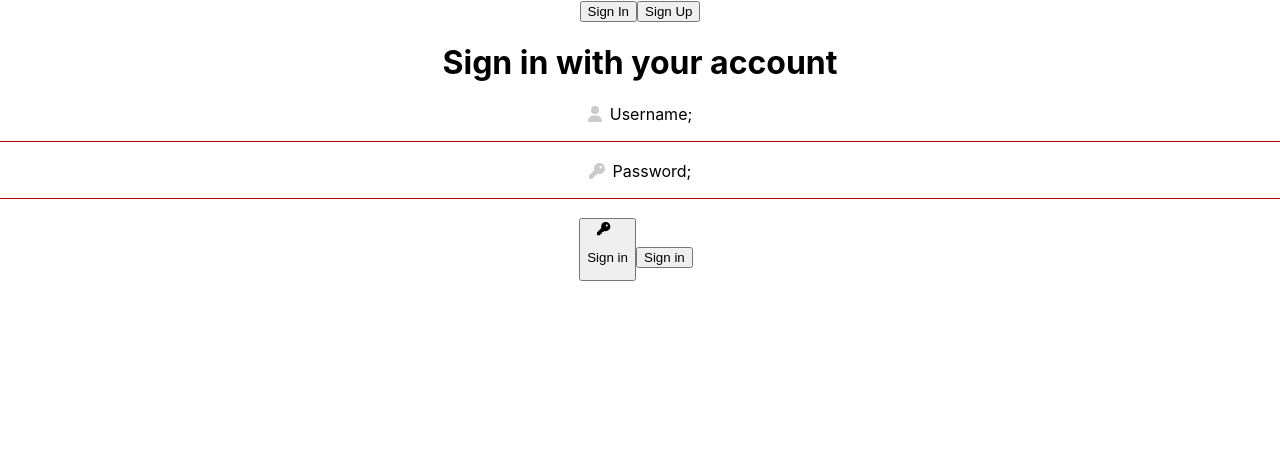
Repository: sebounti/holbertonschool-cinema-guru
Page: / (app in cinema-guru/)
The author's editor kept a copy of each file at every save. The page is drawn from the files as they stood at one save, then again after the next save.
The browser window is 1280 px wide. The pictures show the whole page.
The page's requests for data from a server got no answer. The project was rebuilt for these pictures with package versions that can differ from the ones it lists, and the page was loaded fresh each time. No one was signed in, and anything a server would have sent is missing. Also part of the build but not shown: cinema-guru/src/routes/dashboard/dashboard.css, cinema-guru/src/components/navigation/navigation.css, cinema-guru/src/components/components.css, cinema-guru/src/components/Activity.js, cinema-guru/src/components/navigation/SideBar.js, cinema-guru/src/components/navigation/Header.js, cinema-guru/src/components/movies/movies.css, cinema-guru/src/components/movies/Tag.js and 9 more.

Above is the page before, as saved 2024-11-02 22:49:54.

### cinema-guru/src/App.js
import React, { useState, useEffect } from "react";
import axios from "axios";
import Authentication from "./routes/auth/Authentication";
import Dashboard from "./routes/dashboard/Dashboard";
import "./App.css";

function App() {
  const [IsLoggedIn, setIsLoggedIn] = useState(false);
  const [userUsername, setUserUsername] = useState("");
  useEffect(() => {
    const accessToken = localStorage.getItem("accessToken");
    axios
      .post(
        "http://localhost:8000/api/auth",
        {},
        {
          headers: {
            authorization: `Bearer ${accessToken}`,
          },
        },
      )
      .then((response) => {
        setUserUsername(response.data.username);
        setIsLoggedIn(true);
      });
  }, []);
  return (
    <div className="App">
      {IsLoggedIn ? (
        <Dashboard userUsername={userUsername} setIsLoggedIn={setIsLoggedIn} />
      ) : (
        <Authentication
          IsLoggedIn={IsLoggedIn}
          setIsLoggedIn={setIsLoggedIn}
          setUserUsername={setUserUsername}
        />
      )}
    </div>
  );
}

export default App;

### cinema-guru/src/routes/auth/Authentication.js
import React, { useState } from 'react';
import './auth.css';
import axios from 'axios';
import Login from './login';
import Register from './Register';
import Button from '../../components/general/Button';

export default function Authentication({ setIsLoggedIn, setUserUsername }) {
  const [_switch, setSwitch] = useState(true); // True pour Login, false pour Register
  const [username, setUsername] = useState('');
  const [password, setPassword] = useState('');

  // Fonction handleSubmit pour gérer l'envoi du formulaire
  const handleSubmit = async (e) => {
    e.preventDefault(); // Empêche le rechargement de la page

    try {
      const endpoint = _switch ? '/api/auth/login' : '/api/auth/register';
      const response = await axios.post(endpoint, {
        username,
        password,
      });

      // Si la requête est un succès
      if (response.status === 200) {
        const token = response.data.token;
        localStorage.setItem('accessToken', token); // Stocke le token JWT
        setUserUsername(username); // Met à jour le nom d'utilisateur dans l'état
        setIsLoggedIn(true); // Passe l'état de connexion à vrai
      }
    } catch (error) {
      console.error('Erreur lors de la requête:', error);
      alert('Erreur lors de la connexion ou de l\'inscription');
    }
  };

  return (
    <div className="authentication-container">
      <div className="auth-toggle">
        <Button
          label="Sign In"
          onClick={() => setSwitch(true)}
          className={`toggle-button ${_switch ? 'active' : ''}`}
        />
        <Button
          label="Sign Up"
          onClick={() => setSwitch(false)}
          className={`toggle-button ${!_switch ? 'active' : ''}`}
        />
      </div>

      <form onSubmit={handleSubmit} className="auth-form">
        {_switch ? (
          <Login
            username={username}
            password={password}
            setUsername={setUsername}
            setPassword={setPassword}
          />
        ) : (
          <Register
            username={username}
            password={password}
            setUsername={setUsername}
            setPassword={setPassword}
          />
        )}
        <Button label="Sign in"
                onClick={handleSubmit}
                // eslint-disable-next-line no-undef
                className={Button}
                icon={<i className="fa fa-sign-in"></i>} // Exemple avec une icône FontAwesome
                type="submit" />
      </form>
    </div>
  );
}

### cinema-guru/src/routes/auth/login.js
import "./auth.css";
import { faKey, faUser } from "@fortawesome/free-solid-svg-icons";
import Input from "../../components/general/Input";
import SubmitInput from "../../components/general/SubmitButton";
import { Fragment } from "react";

const Login = ({ username, setUsername, password, setPassword }) => {
  return (
    <Fragment>
      <h1 className="authentication-header">Sign in with your account</h1>
      <Input
        type="text"
        icon={faUser}
        label="Username"
        value={username}
        setValue={setUsername}
      />
      <Input
        type="password"
        icon={faKey}
        label="Password"
        value={password}
        setValue={setPassword}
      />
      <SubmitInput label="Sign in" icon={faKey} />
    </Fragment>
  );
};

export default Login;

### cinema-guru/src/components/general/Button.js
import "./general.css";
import { FontAwesomeIcon } from "@fortawesome/react-fontawesome";

export default function Button({ label, className, onClick, icon }) {
  return (
    <button className={"button " + className} onClick={onClick}>
      {icon && <FontAwesomeIcon icon={icon} className="button-icon" />}
      {label}
    </button>
  );
}

### cinema-guru/src/components/general/Input.js
import "./general.css";
import { FontAwesomeIcon } from "@fortawesome/react-fontawesome";
import React from "react";

export default function Input({
  label,
  type,
  className,
  value,
  setValue,
  icon,
  inputAttributes,
}) {
  const handleInput = (event) => {
    setValue(event.target.value);
  };
  return (
    <span className={"text-input " + className}>
      <label>
        {icon && <FontAwesomeIcon icon={icon} className="icon" />}
        {label};
      </label>
      <input
        type={type}
        value={value}
        onChange={handleInput}
        {...inputAttributes}
      />
    </span>
  );
}

### cinema-guru/src/components/general/SubmitButton.js
import { FontAwesomeIcon } from "@fortawesome/react-fontawesome";

const SubmitButton = ({ label, icon = "", className = "", onClick }) => {
  return (
    <button className={"submit-button " + className} onClick={onClick}>
      {icon && <FontAwesomeIcon icon={icon} className="icon" />}
      <p>{label}</p>
    </button>
  );
};

export default SubmitButton;

### cinema-guru/src/components/general/general.css
.icon {
  margin-right: 0.5rem;
}

.text-input {
  display: flex;
  flex-direction: column;
  width: 100%;
  margin: 1.2rem 0;
}

.text-input label .icon {
  margin-right: 0.5rem;
  color: var(--primary);
  opacity: 0.2;
}

.text-input input {
  outline: none;
  border: none;
  border-bottom: 1px solid #BB000E;
  transition: 0.6s;
}

.text-input input:hover,
.text-input input:focus {
  border-bottom-color: #BB000E;
}

### cinema-guru/src/routes/auth/auth.css
.authentication {
	padding: 0;
	margin: 0;
	background-color: #222222;
	min-width: 450px;
	height: 100%;
}

.authentication header ul {
	display: flex;
	justify-content: space-evenly;
}

.authentication header ul li {
	background-color: #BB000E;
	font-weight: bold;
	display: flex;
	justify-content: center;
	align-items: center;
	width: 100%;
	height: 3rem;
	cursor: pointer;
	transition: 0.6s;
	font-family: "Roboto", sans-serif;
}

.authentication header ul li.active {
	font-weight: bolder;
	background-color: #E31C25;
}

.authentication main {
	color: #1C1C1C;
	display: flex;
	flex-direction: column;
	padding: 1.3rem 3rem;
	box-sizing: border-box;
	justify-content: space-evenly;
	height: 90%;
}

.authentication .authentication-header {
	text-align: center;
	font-weight: bolder;
	font-size: 1.2rem;
	margin: 1.5rem 0;
}

.authentication .submit-button {
	margin-top: 1rem;
	margin-left: auto;
}

### cinema-guru/src/routes/auth/Register.js
import "./auth.css";
import Input from "../../components/general/Input";
import SubmitInput from "../../components/general/SubmitButton";
import { faUser, faKey } from "@fortawesome/free-solid-svg-icons";
import { Fragment } from "react";

const Register = ({ username, setUsername, password, setPassword }) => {
  return (
    <Fragment>
      <h1 className="authentication-header">Create a new account</h1>
      <Input
        type="text"
        icon={faUser}
        label="Username"
        value={username}
        setValue={setUsername}
      />
      <Input
        type="password"
        icon={faKey}
        label="Password"
        value={password}
        setValue={setPassword}
      />
      <SubmitInput label="Sign in" icon={faKey} />
    </Fragment>
  );
};

export default Register;

Loaded but not shown: cinema-guru/public/index.html (common file); cinema-guru/src/index.js (common file); cinema-guru/src/index.css (common file); cinema-guru/src/App.css (common file)

After the next save:
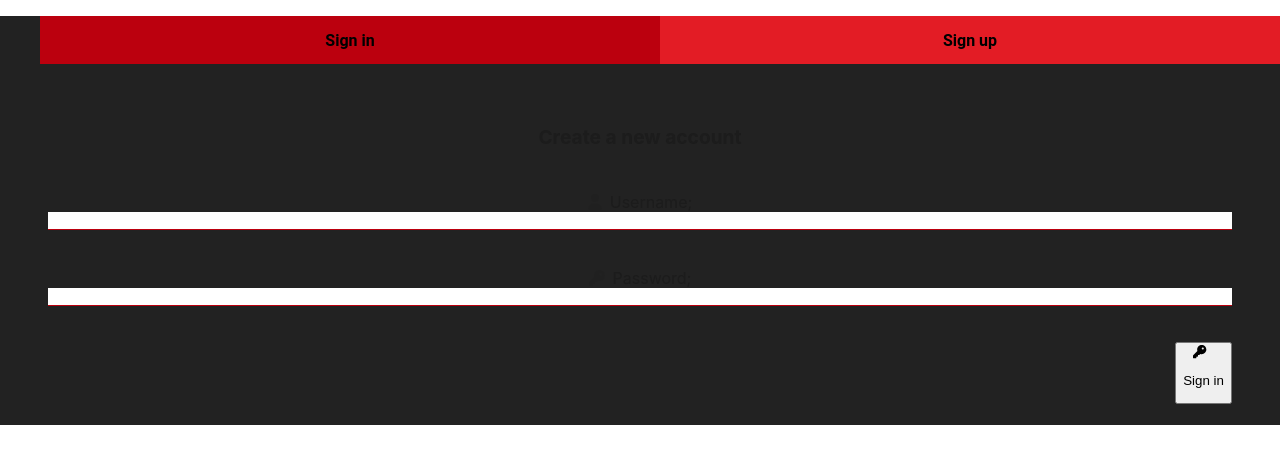
Saved 14 s later.
--- a/cinema-guru/src/routes/auth/Authentication.js
+++ b/cinema-guru/src/routes/auth/Authentication.js
@@ -1,77 +1,85 @@
-import React, { useState } from 'react';
-import './auth.css';
-import axios from 'axios';
-import Login from './login';
-import Register from './Register';
-import Button from '../../components/general/Button';
+import "./auth.css";
+import { useState } from "react";
+import Login from "./Login";
+import Register from "./Register";
+import axios from "axios";
 
-export default function Authentication({ setIsLoggedIn, setUserUsername }) {
-  const [_switch, setSwitch] = useState(true); // True pour Login, false pour Register
-  const [username, setUsername] = useState('');
-  const [password, setPassword] = useState('');
-
-  // Fonction handleSubmit pour gérer l'envoi du formulaire
-  const handleSubmit = async (e) => {
-    e.preventDefault(); // Empêche le rechargement de la page
-
-    try {
-      const endpoint = _switch ? '/api/auth/login' : '/api/auth/register';
-      const response = await axios.post(endpoint, {
-        username,
-        password,
-      });
-
-      // Si la requête est un succès
-      if (response.status === 200) {
-        const token = response.data.token;
-        localStorage.setItem('accessToken', token); // Stocke le token JWT
-        setUserUsername(username); // Met à jour le nom d'utilisateur dans l'état
-        setIsLoggedIn(true); // Passe l'état de connexion à vrai
-      }
-    } catch (error) {
-      console.error('Erreur lors de la requête:', error);
-      alert('Erreur lors de la connexion ou de l\'inscription');
+const Authentication = ({ setIsLoggedIn, setUserUsername }) => {
+  const [_switch, setSwitch] = useState(false);
+  const [username, setUsername] = useState("");
+  const [password, setPassword] = useState("");
+  const handleSwitch = (value) => {
+    setSwitch(value);
+    setPassword("");
+    setUsername("");
+  };
+  const handleSubmit = (event) => {
+    event.preventDefault();
+    if (_switch) {
+      axios
+        .post("http://localhost:8000/api/auth/login", {
+          username,
+          password,
+        })
+        .then((response) => {
+          if (response.data.accessToken) {
+            localStorage.setitem("accessToken", response.data.accessToken);
+            setUserUsername(username);
+            setIsLoggedIn(true);
+          }
+        });
+    } else {
+      axios
+        .post("http://localhost:8000/api/auth/register", {
+          username,
+          password,
+        })
+        .then((response) => {
+          if (response.data.accessToken) {
+            localStorage.setItem("accessToken", response.data.accessToken);
+            setUserUsername(username);
+            setIsLoggedIn(true);
+          }
+        });
     }
   };
-
   return (
-    <div className="authentication-container">
-      <div className="auth-toggle">
-        <Button
-          label="Sign In"
-          onClick={() => setSwitch(true)}
-          className={`toggle-button ${_switch ? 'active' : ''}`}
-        />
-        <Button
-          label="Sign Up"
-          onClick={() => setSwitch(false)}
-          className={`toggle-button ${!_switch ? 'active' : ''}`}
-        />
-      </div>
-
-      <form onSubmit={handleSubmit} className="auth-form">
+    <form className="authentication" onSubmit={handleSubmit}>
+      <header>
+        <ul>
+          <li
+            onClick={() => handleSwitch(true)}
+            className={_switch ? "active" : ""}
+          >
+            Sign in
+          </li>
+          <li
+            onClick={() => handleSwitch(false)}
+            className={!_switch ? "active" : ""}
+          >
+            Sign up
+          </li>
+        </ul>
+      </header>
+      <main>
         {_switch ? (
           <Login
             username={username}
+            setUsername={setUsername}
             password={password}
-            setUsername={setUsername}
             setPassword={setPassword}
           />
         ) : (
           <Register
             username={username}
+            setUsername={setUsername}
             password={password}
-            setUsername={setUsername}
             setPassword={setPassword}
           />
         )}
-        <Button label="Sign in"
-                onClick={handleSubmit}
-                // eslint-disable-next-line no-undef
-                className={Button}
-                icon={<i className="fa fa-sign-in"></i>} // Exemple avec une icône FontAwesome
-                type="submit" />
-      </form>
-    </div>
+      </main>
+    </form>
   );
-}
+};
+
+export default Authentication;
